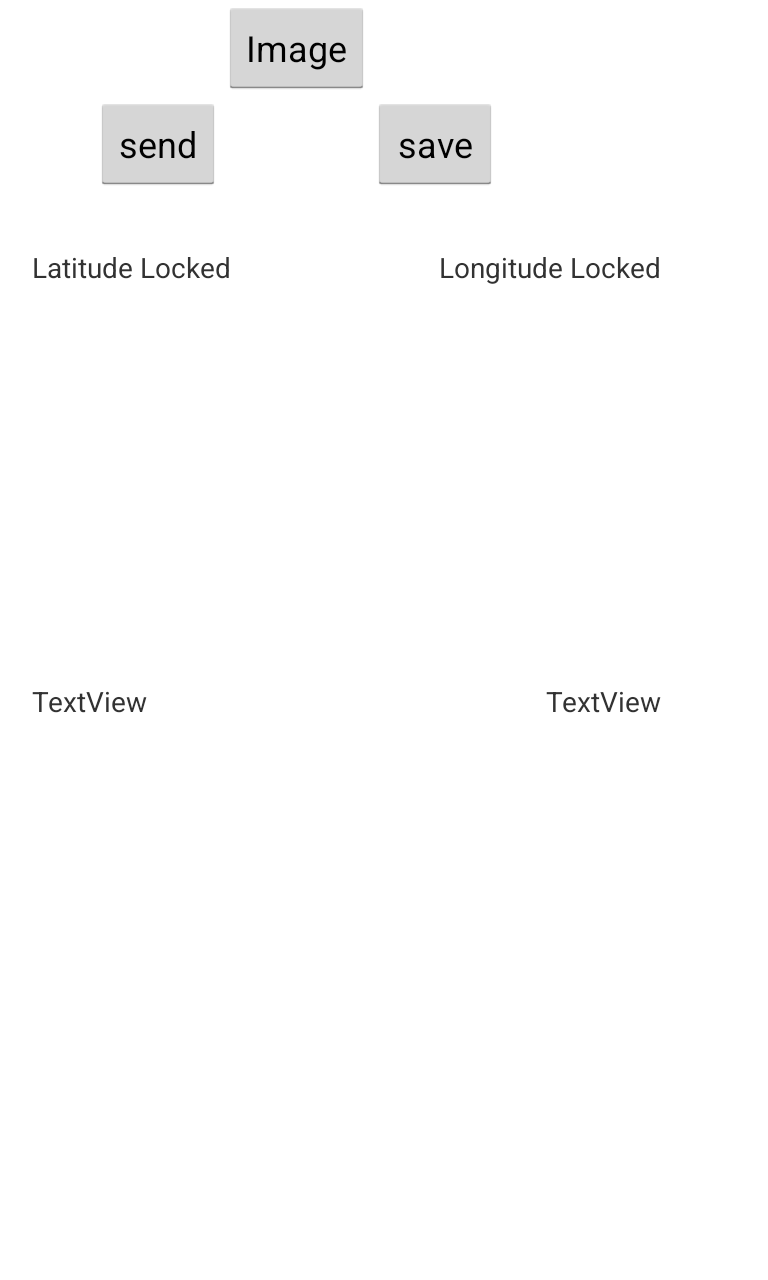
Repository: aradhyamathur/code
Layout: Eappcopy3_1/res/layout/rec_main.xml
The author's editor kept a copy of each file at every save. The layout is drawn from the files as they stood at one save, then again after the next save.
It is drawn on a 768 x 1280 px phone screen (xhdpi) without system bars, with theme AppTheme; the app's code is not run.

Above is the layout before, as saved 2014-09-28 10:08:10.

### Eappcopy3_1/res/layout/rec_main.xml
<?xml version="1.0" encoding="utf-8"?>
<RelativeLayout xmlns:android="http://schemas.android.com/apk/res/android"
    android:layout_width="match_parent"
    android:layout_height="match_parent"
    android:orientation="vertical" >

  <ImageView
      android:id="@+id/imageView1"
      android:layout_width="match_parent"
      android:layout_height="275dp"
      android:layout_alignParentBottom="true"
      android:layout_alignParentLeft="true"
      android:src="@drawable/ic_launcher"
      android:layout_marginBottom="5dp"
      android:visibility="invisible"
       />

  <Button
      android:id="@+id/recC"
      android:layout_width="wrap_content"
      android:layout_height="wrap_content"
      android:layout_alignParentTop="true"
      android:layout_toRightOf="@+id/recV2"
      android:text="Image" />

  <Button
      android:id="@+id/recV2"
      android:layout_width="wrap_content"
      android:layout_height="wrap_content"
      android:layout_alignParentLeft="true"
      android:layout_below="@+id/recC"
      android:layout_marginLeft="47dp"
      android:text="send" />

  <Button
      android:id="@+id/button1"
      android:layout_width="wrap_content"
      android:layout_height="wrap_content"
      android:layout_alignBaseline="@+id/recV2"
      android:layout_alignBottom="@+id/recV2"
      android:layout_toRightOf="@+id/recC"
      android:text="save" />

  <TextView
      android:id="@+id/textView1"
      android:layout_width="wrap_content"
      android:layout_height="wrap_content"
      android:layout_alignParentLeft="true"
      android:layout_below="@+id/recV2"
      android:layout_marginLeft="16dp"
      android:layout_marginTop="28dp"
      android:text="Latitude Locked" />

  <TextView
      android:id="@+id/textView2"
      android:layout_width="wrap_content"
      android:layout_height="wrap_content"
      android:layout_alignBottom="@+id/textView1"
      android:layout_alignLeft="@+id/button1"
      android:layout_marginLeft="34dp"
      android:text="Longitude Locked" />

  <TextView
      android:id="@+id/textView3"
      android:layout_width="wrap_content"
      android:layout_height="wrap_content"
      android:layout_above="@+id/imageView1"
      android:layout_alignLeft="@+id/textView1"
      android:text="TextView" />

  <TextView
      android:id="@+id/textView4"
      android:layout_width="wrap_content"
      android:layout_height="wrap_content"
      android:layout_alignBottom="@+id/textView3"
      android:layout_alignRight="@+id/textView2"
      android:text="TextView" />

</RelativeLayout>

Loaded but not shown: Eappcopy3_1/res/values/styles.xml (common file); Eappcopy3_1/res/values-v11/styles.xml (common file); Eappcopy3_1/res/values-v14/styles.xml (common file)

After the next save:
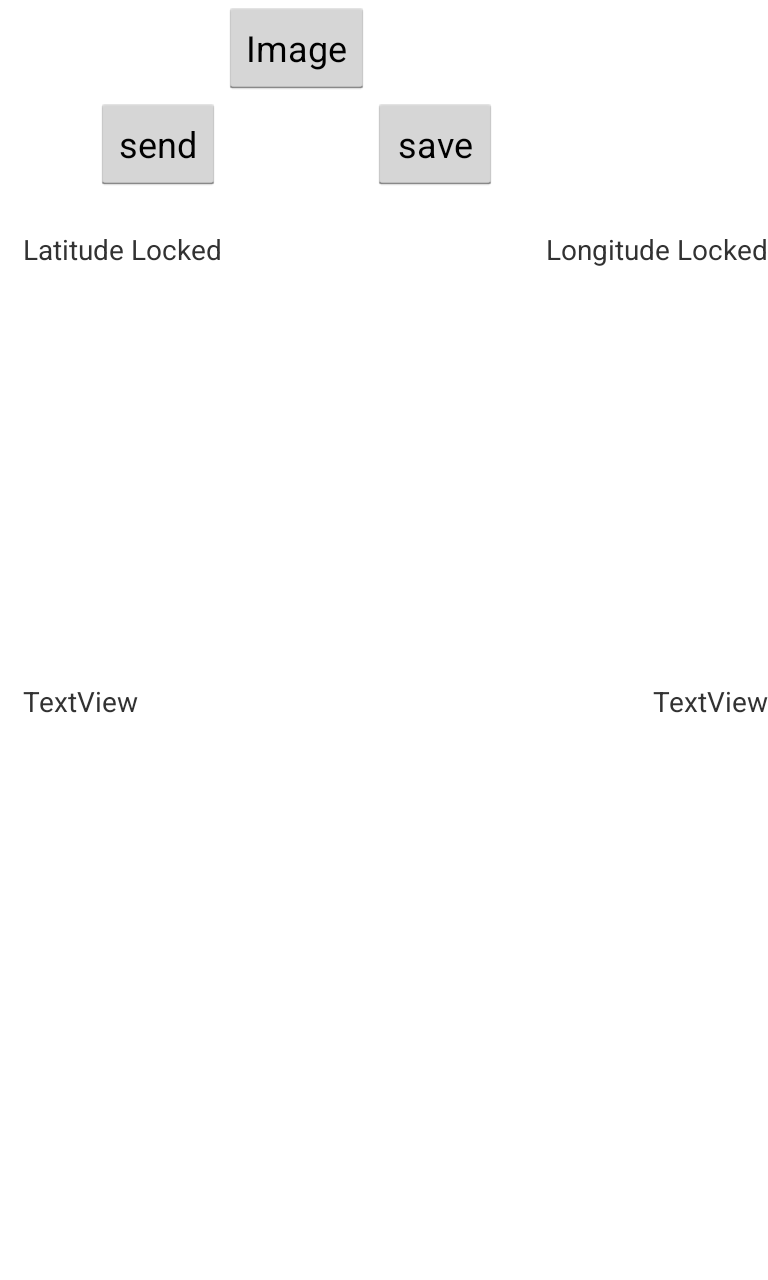
Saved 62 s later.
--- a/Eappcopy3_1/res/layout/rec_main.xml
+++ b/Eappcopy3_1/res/layout/rec_main.xml
@@ -42,25 +42,6 @@
       android:text="save" />
 
   <TextView
-      android:id="@+id/textView1"
-      android:layout_width="wrap_content"
-      android:layout_height="wrap_content"
-      android:layout_alignParentLeft="true"
-      android:layout_below="@+id/recV2"
-      android:layout_marginLeft="16dp"
-      android:layout_marginTop="28dp"
-      android:text="Latitude Locked" />
-
-  <TextView
-      android:id="@+id/textView2"
-      android:layout_width="wrap_content"
-      android:layout_height="wrap_content"
-      android:layout_alignBottom="@+id/textView1"
-      android:layout_alignLeft="@+id/button1"
-      android:layout_marginLeft="34dp"
-      android:text="Longitude Locked" />
-
-  <TextView
       android:id="@+id/textView3"
       android:layout_width="wrap_content"
       android:layout_height="wrap_content"
@@ -76,4 +57,22 @@
       android:layout_alignRight="@+id/textView2"
       android:text="TextView" />
 
+  <TextView
+      android:id="@+id/textView1"
+      android:layout_width="wrap_content"
+      android:layout_height="wrap_content"
+      android:layout_below="@+id/recV2"
+      android:layout_marginTop="19dp"
+      android:layout_toLeftOf="@+id/recC"
+      android:text="Latitude Locked" />
+
+  <TextView
+      android:id="@+id/textView2"
+      android:layout_width="wrap_content"
+      android:layout_height="wrap_content"
+      android:layout_alignBaseline="@+id/textView1"
+      android:layout_alignBottom="@+id/textView1"
+      android:layout_alignParentRight="true"
+      android:text="Longitude Locked" />
+
 </RelativeLayout>
